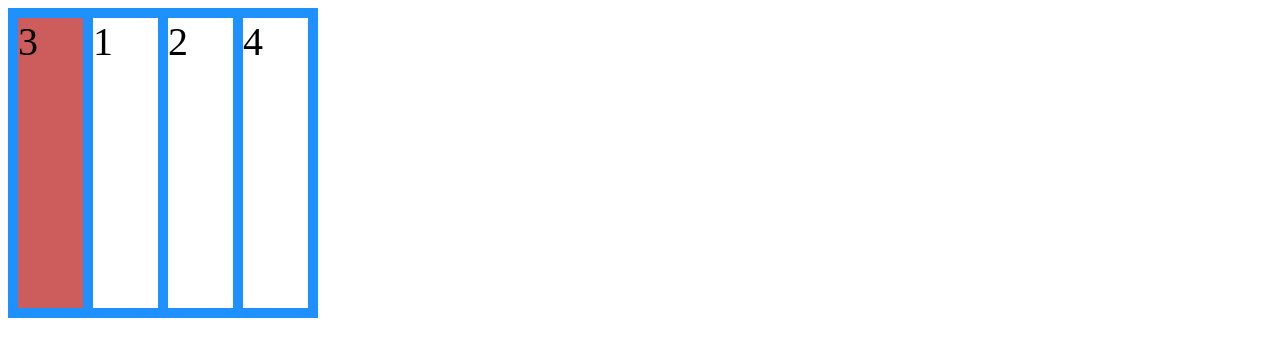
Repository: eversonps/flexbox-grid-css
Page: flexbox/flexbox2.html
An editor plug-in stored every save of this project. The page is shown before and after the next save, followed by the edit.
The browser window is 1280 px wide. The pictures show the whole page.

Above is the page before, as saved 2022-03-23 15:51:39.

### flexbox/flexbox2.html
<!DOCTYPE html>
<html>

<head>
    <meta charset="UTF-8">
    <title>Flexbox #02</title>
    <style>
        div {
            border: solid 5px dodgerblue;
            font-size: 40px;
        }

        .flex-container div {
            box-sizing: border-box;
        }

        .flex-container{
            display: flex;
            height: 300px;
            width: 600px;
        }

        .flex-container div:nth-child(3){
            background-color: indianred;
            order: 1;
            order: 0;
            order: -1;
            align-self: center;
            align-self: flex-start;
            align-self: flex-end;
            align-self: stretch;
        }

        .flex-container div{
            width: 100px;
            flex-grow: 0;
            flex-grow: 1;
        }

        .flex-container div:nth-child(1){
            flex-grow: 2;
        }

        .flex-container{
            width: 300px;
            flex-shrink: 1;
        }

        .flex-container div:nth-child(1){
            flex-grow: 2;
        }
    </style>
</head>

<body>
    <div class="flex-container">
        <div>1</div>
        <div>2</div>
        <div>3</div>
        <div>4</div>
    </div>
</body>

</html>

After the next save:
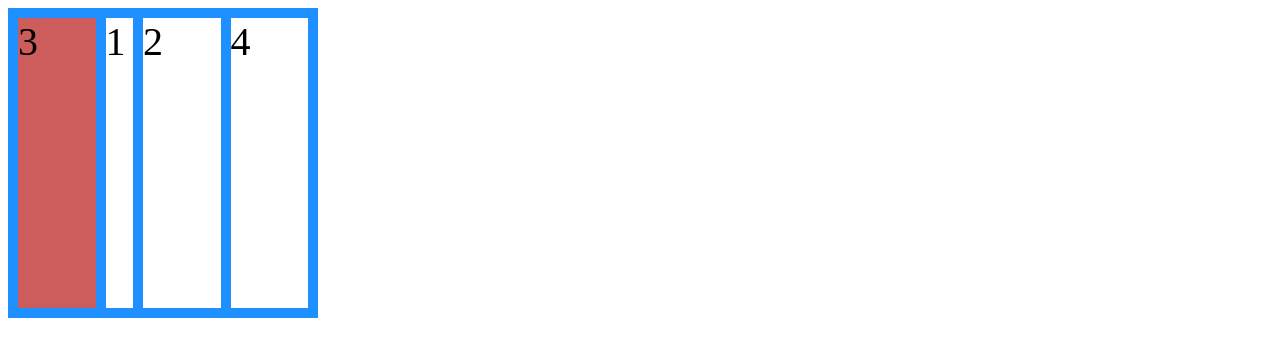
Saved 18 s later.
--- a/flexbox/flexbox2.html
+++ b/flexbox/flexbox2.html
@@ -47,7 +47,7 @@
         }
 
         .flex-container div:nth-child(1){
-            flex-grow: 2;
+            flex-shrink: 5;
         }
     </style>
 </head>
